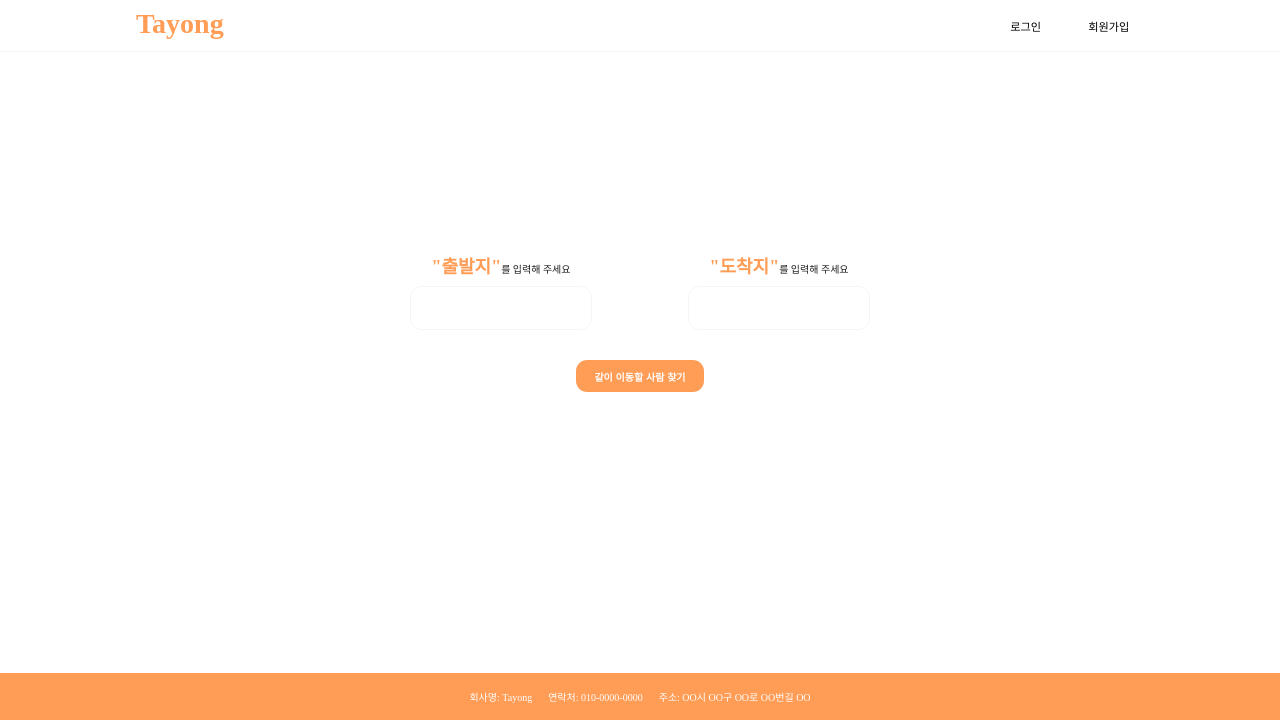
Repository: YEOMJINSEOP/playground
Page: / (app in tayong/)
The author's editor kept a copy of each file at every save. The page is drawn from the files as they stood at one save, then again after the next save.
The browser window is 1280 px wide. The pictures show the whole page.
The project was rebuilt for these pictures with package versions that can differ from the ones it lists, and the page was loaded fresh each time.

Above is the page before, as saved 2022-10-28 14:47:03.

After the next save:
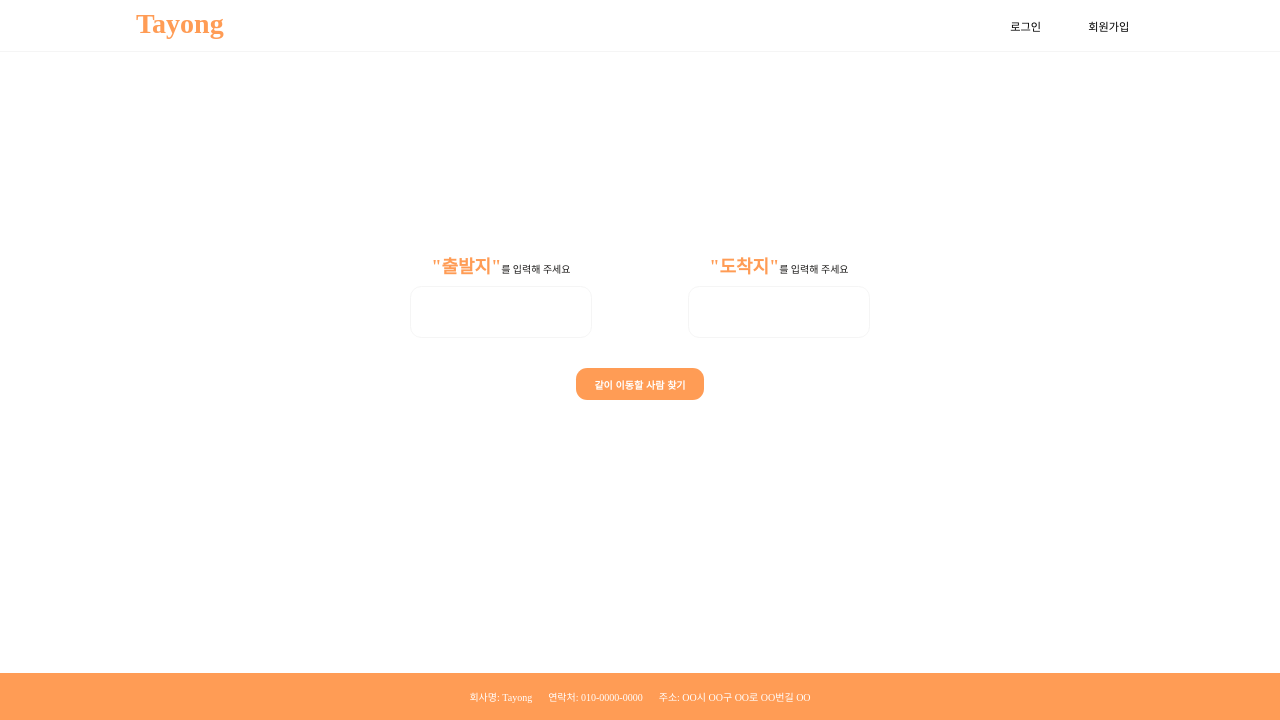
Saved 7 s later.
--- a/tayong/src/components/locationSelector/locationSelector.module.css
+++ b/tayong/src/components/locationSelector/locationSelector.module.css
@@ -25,7 +25,7 @@
 
 .locationSelectorInput{
   width: 11rem;
-  height: 40px;
+  height: 3rem;
   border: var(--border-weight) solid var(--color-light-grey) ;
   border-radius: 0.7rem;
   color: var(--color-black);
